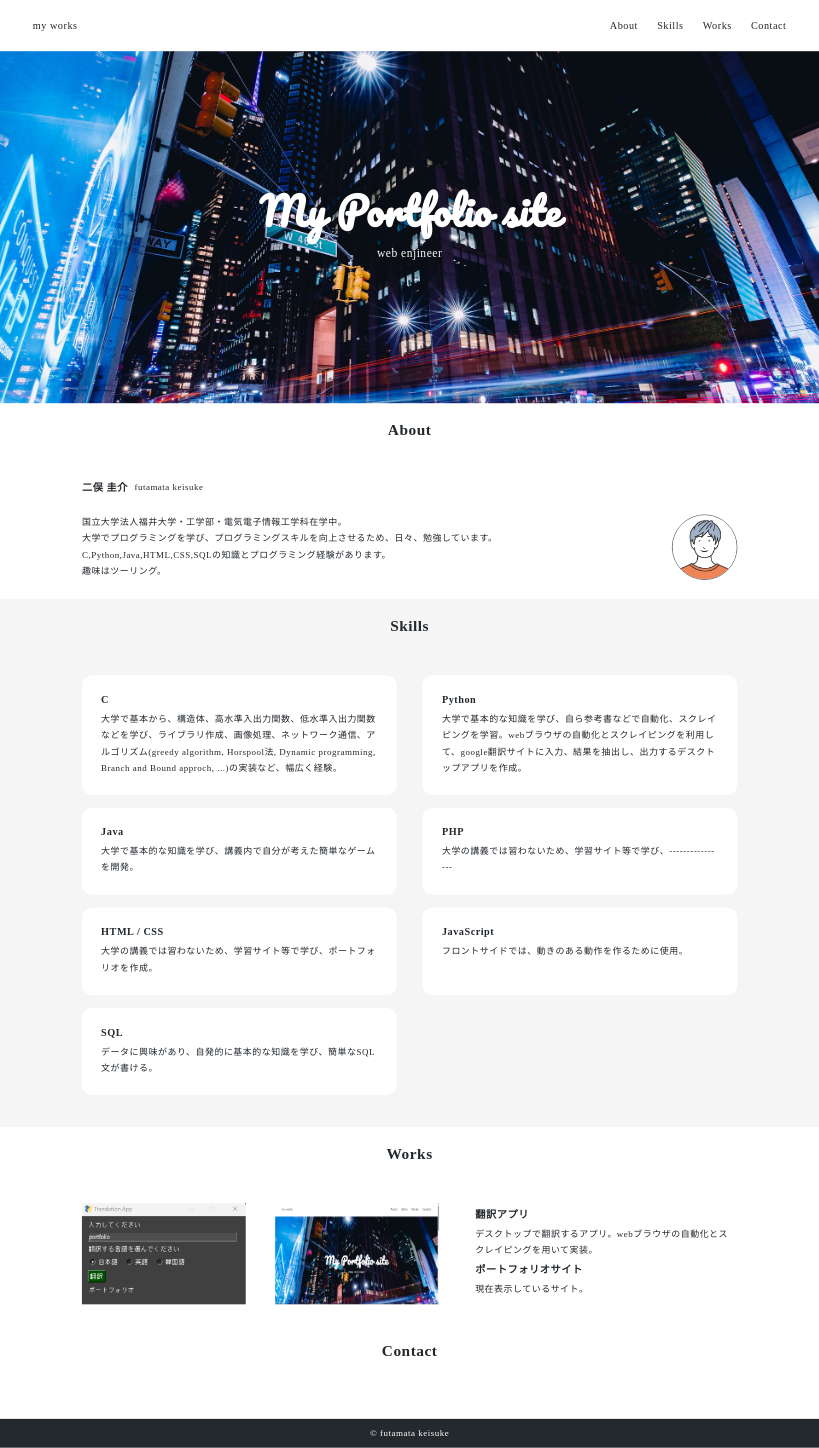
Repository: F-ksk/portfolio
Page: index.html
The author's editor kept a copy of each file at every save. The page is drawn from the files as they stood at one save, then again after the next save.
The browser window is 1280 px wide. The pictures show the whole page, at 64% of full size.

Above is the page before, as saved 2023-06-29 21:14:13.

After the next save:
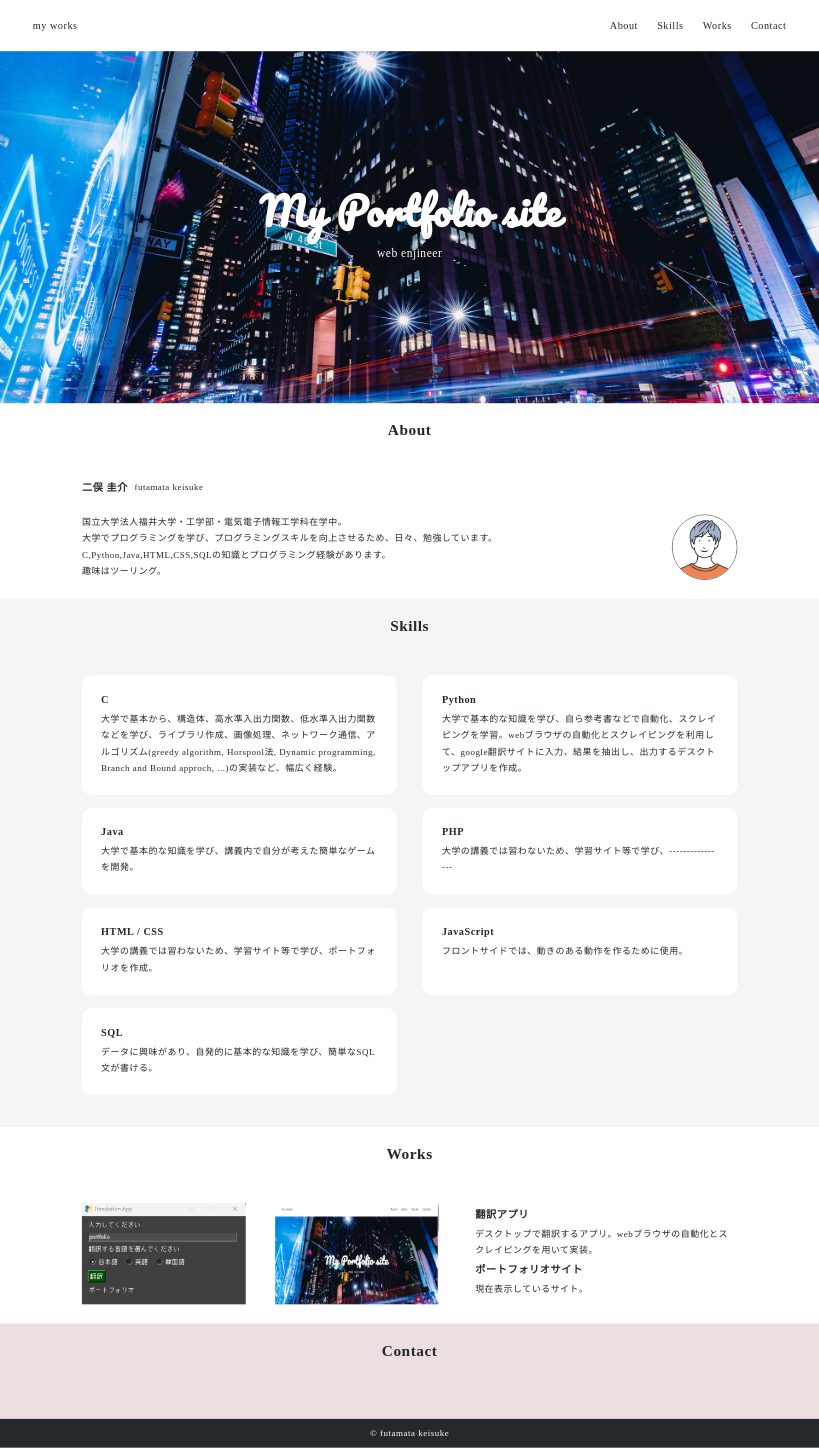
Saved 3 min 44 s later.
--- a/css/style.css
+++ b/css/style.css
@@ -160,6 +160,10 @@ section {
     margin-top: 10px;
 }
 
+#contact {
+    background-color: #EBDFE0;
+}
+
 footer {
     background-color: #24292e;
     color: #fff;
